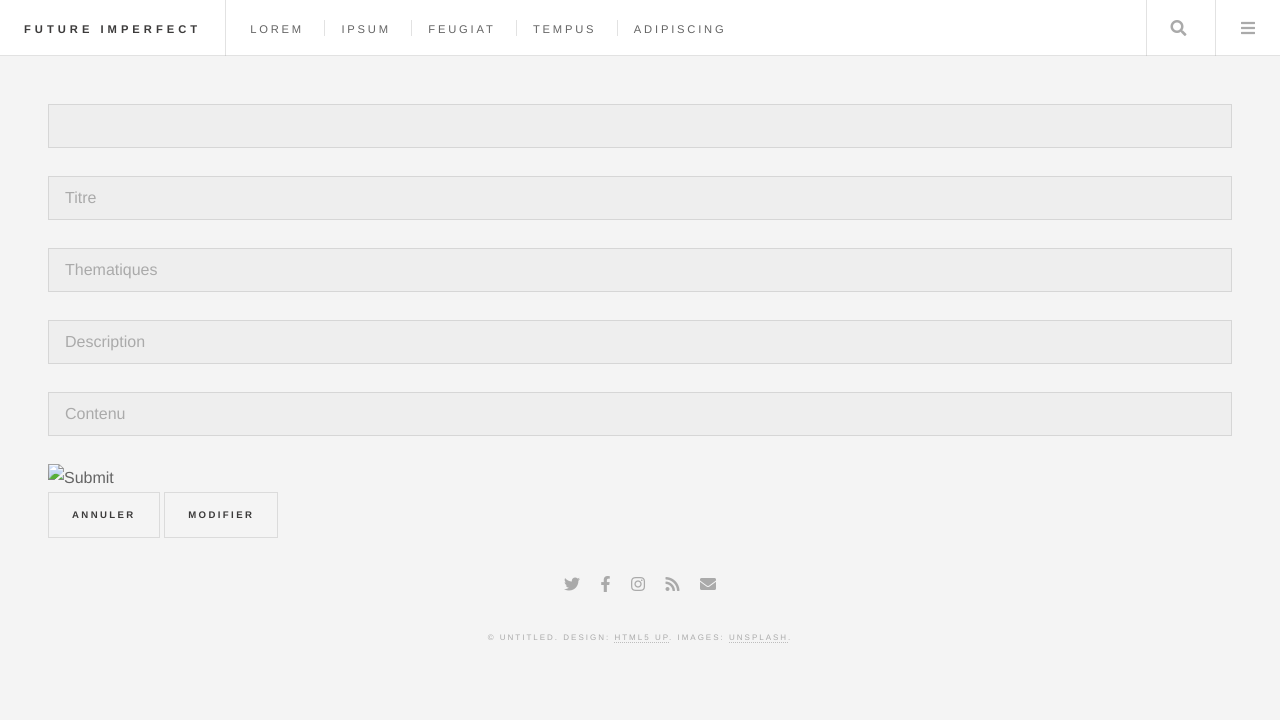
Repository: b0b1n/front-mini-wiki
Page: http://localhost/Mini-Wiki/view/ModifierPage.jsp
An editor plug-in stored every save of this project. The page is shown before and after the next save, followed by the edit.
The browser window is 1280 px wide. The pictures show the whole page.
Some web fonts or font styles are not loaded; a fallback is used. The page is served by Tomcat 10.

Above is the page before, as saved 2022-05-05 22:58:23.

After the next save:
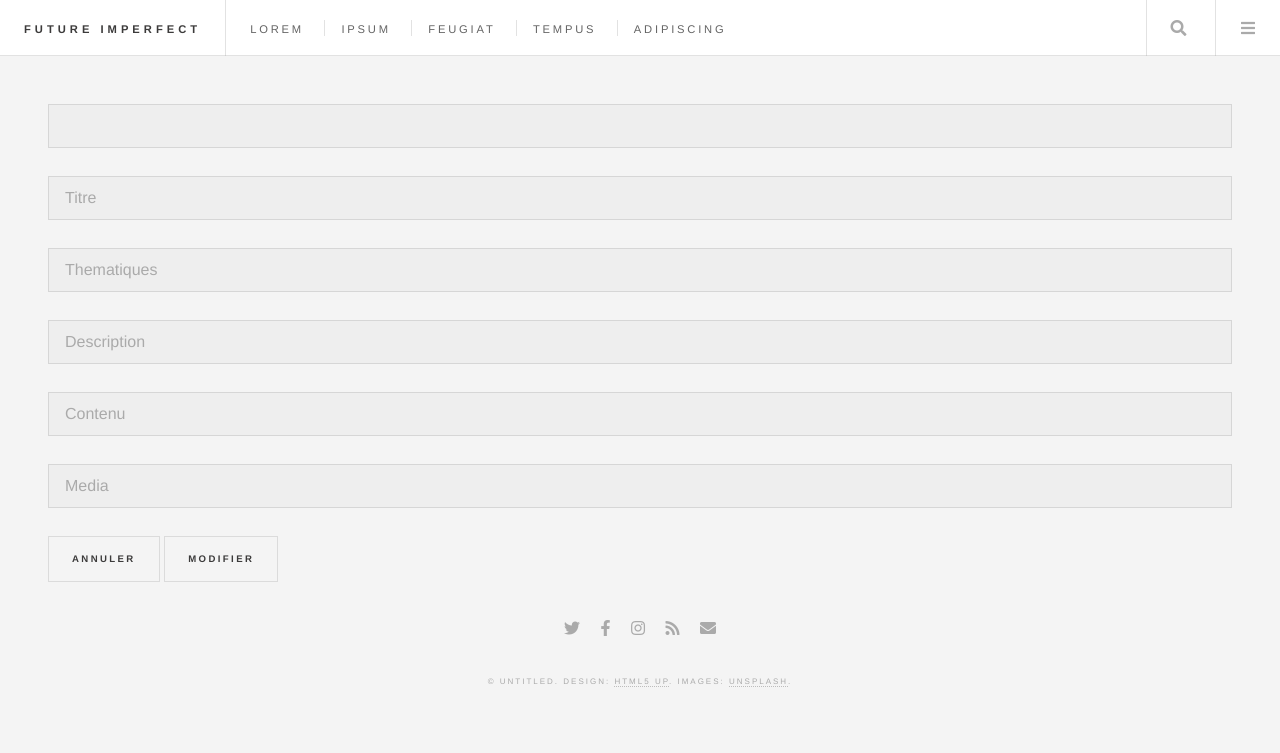
Saved 2 min 22 s later.
--- a/Mini-Wiki/src/main/webapp/view/ModifierPage.jsp
+++ b/Mini-Wiki/src/main/webapp/view/ModifierPage.jsp
@@ -106,7 +106,7 @@
 							<input type=text name=Thematique placeholder="Thematiques" /><br>
 							<input type=text name=Description placeholder="Description"  /><br>
 							<input type=text name=Contenu placeholder="Contenu" /><br>
-							<input type="image" name=Media placeholder="Media" /><br>
+							<input type=text name=Media placeholder="Media" /><br>
 							<input type="reset" value="Annuler" />
 							<input type=submit value="Modifier" />
 
